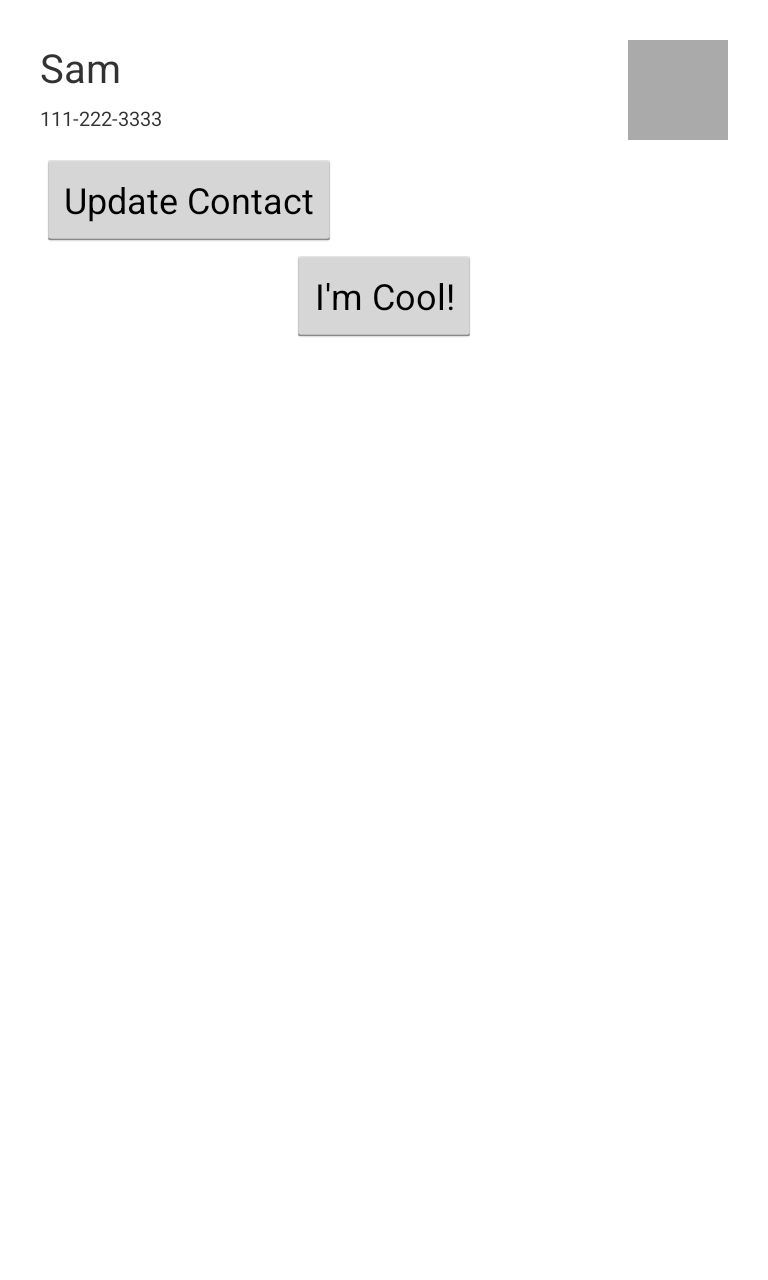
Repository: freebz/Head-First-Android
Layout: skateboardingPals/res/layout/main.xml
An editor plug-in stored every save of this project. The layout is shown before and after the next save, followed by the edit.
It is drawn on a 768 x 1280 px phone screen (xhdpi) without system bars, with theme AppTheme; the app's code is not run.

Above is the layout before, as saved 2014-01-16 16:13:22.

After the next save:
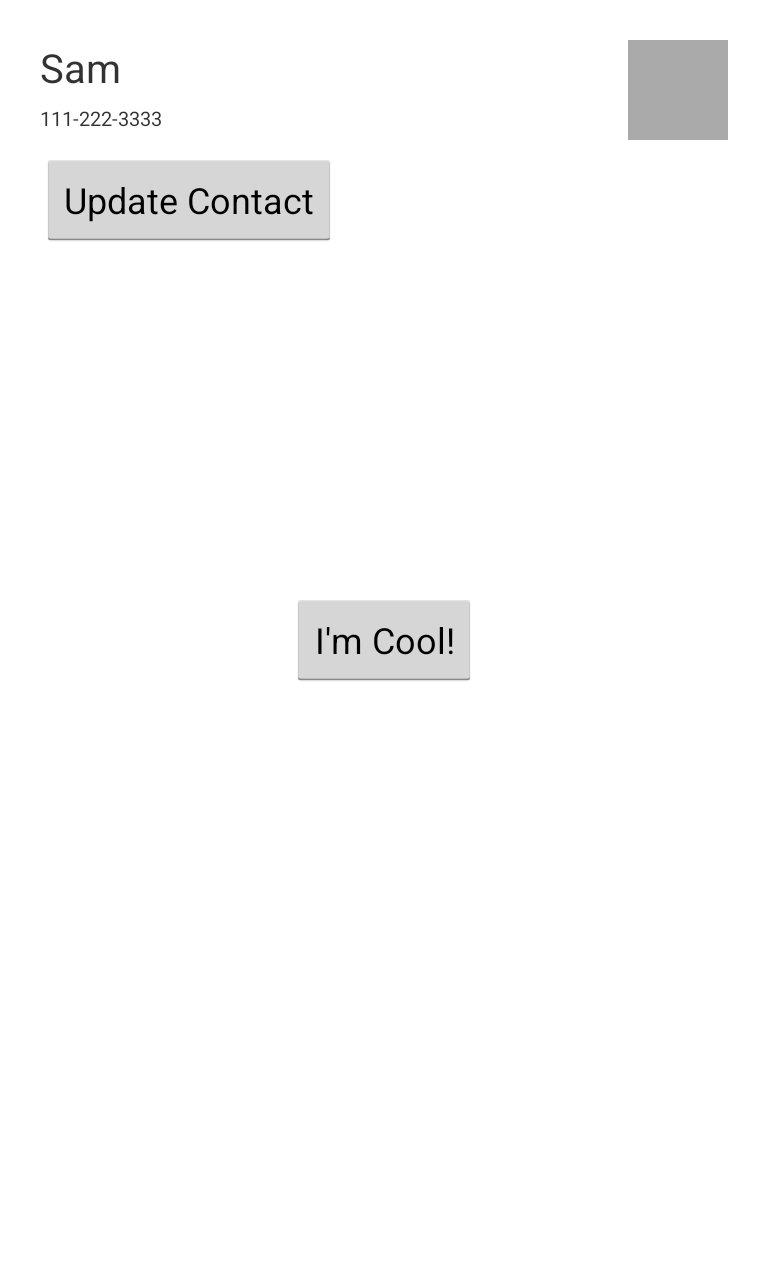
Saved 66 s later.
--- a/skateboardingPals/res/layout/main.xml
+++ b/skateboardingPals/res/layout/main.xml
@@ -48,8 +48,7 @@
         android:layout_width="wrap_content"
         android:layout_height="wrap_content"
         android:text="I'm Cool!"
-        android:layout_centerHorizontal="true"
-        android:layout_below="@+id/update_contact"
+        android:layout_centerInParent="true"
         />
 
 </RelativeLayout>
